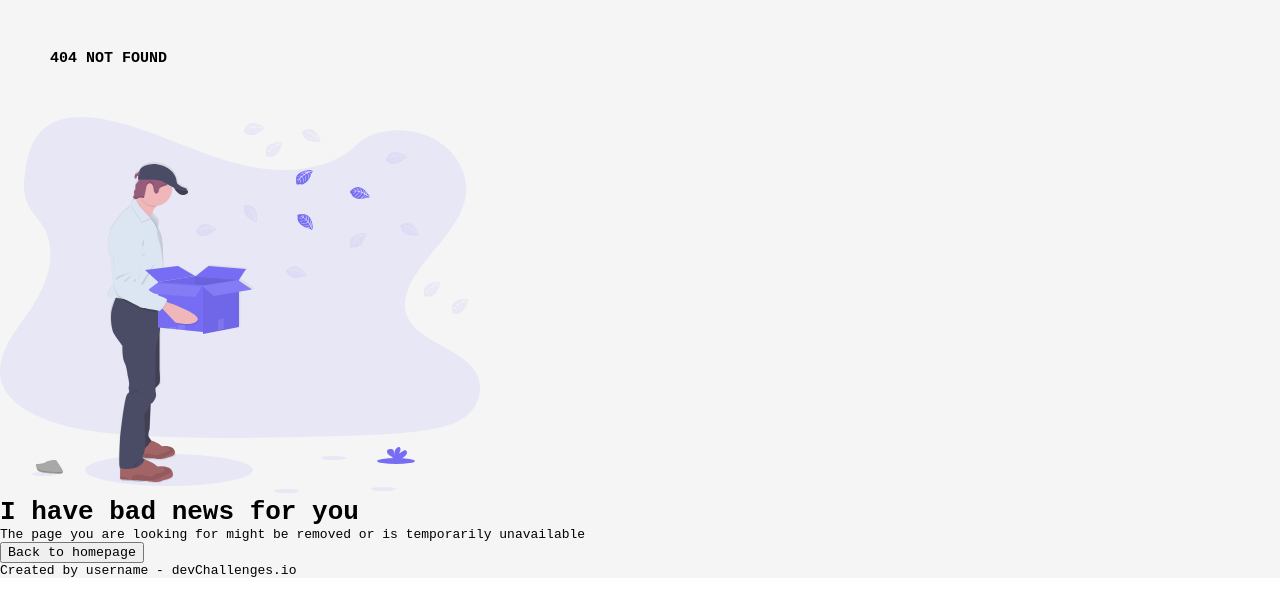
Repository: georgisenze/404-not-found-challeng
Page: index.html
The author's editor kept a copy of each file at every save. The page is drawn from the files as they stood at one save, then again after a run of saves.
The browser window is 1280 px wide. The pictures show the whole page.

Above is the page before, as saved 2023-02-21 06:31:36.

After the next 8 saves:
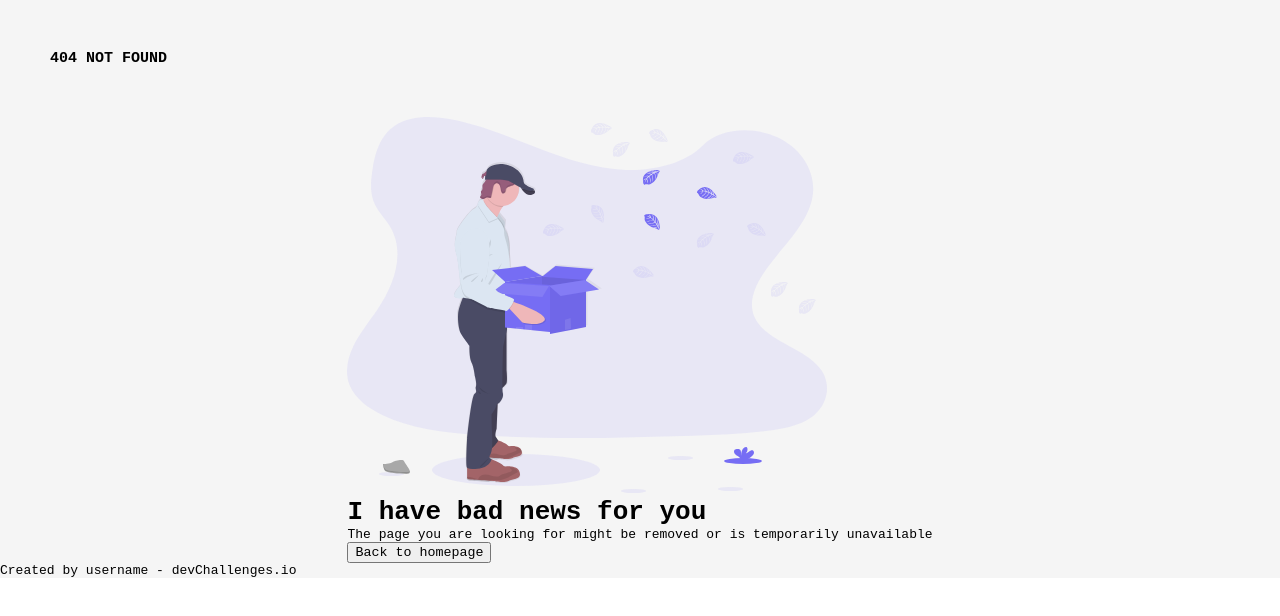
The 8 saves are shown as one change because they came seconds apart.
The last was saved 19 s later.
--- a/assets/css/style.css
+++ b/assets/css/style.css
@@ -16,4 +16,7 @@
     padding: 50px;
 }
 
-.conta
+.container{
+    display: flex;
+    justify-content: center;
+}

After the 6 saves that followed:
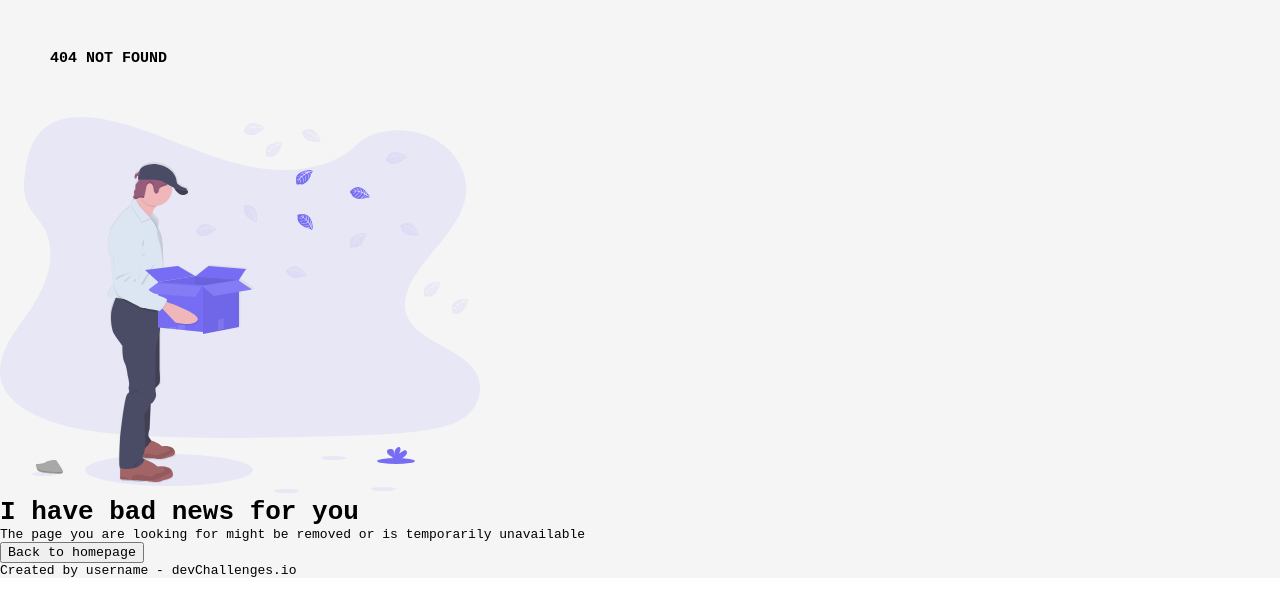
The 6 saves are shown as one change because 2 left the picture as it was and some came seconds apart.
The last was saved 75 s later.
--- a/assets/css/style.css
+++ b/assets/css/style.css
@@ -18,5 +18,6 @@
 
 .container{
     display: flex;
-    justify-content: center;
+    flex-direction: row;
+    justify-content: space-between;
 }
